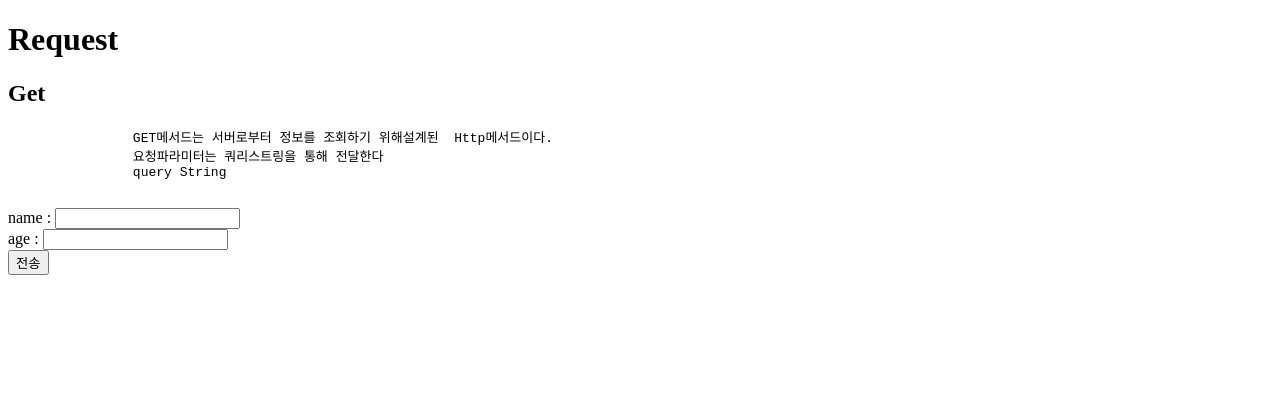
Repository: vaynel/StudyFile
Page: H_spring/spring04_servlet/WebContent/a_request.html
An editor plug-in stored every save of this project. The page is shown before and after the next save, followed by the edit.
The browser window is 1280 px wide. The pictures show the whole page.

Above is the page before, as saved 2023-01-18 01:51:23.

After the next save:
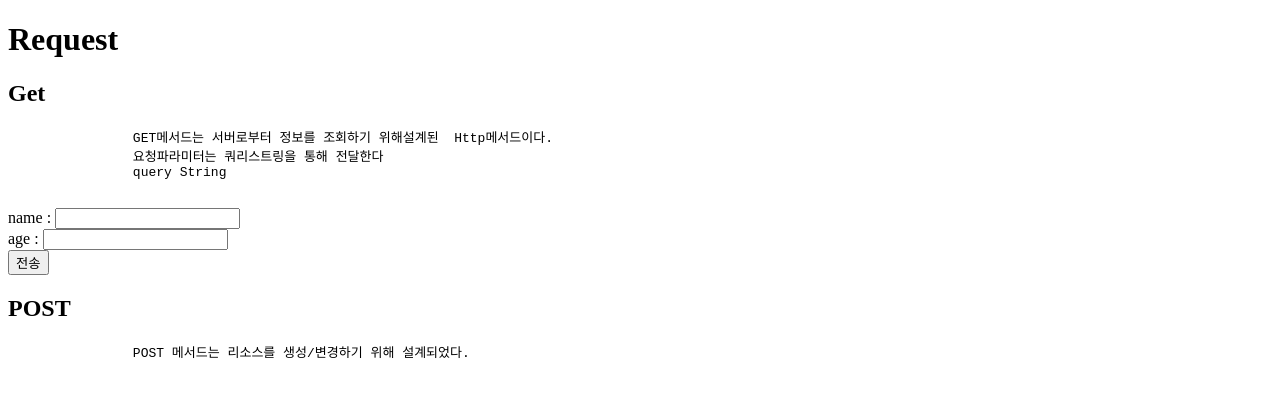
Saved 25 min 52 s later.
--- a/H_spring/spring04_servlet/WebContent/a_request.html
+++ b/H_spring/spring04_servlet/WebContent/a_request.html
@@ -17,9 +17,12 @@
 		<label>name : <input type="text" name="name"></label><br>
 	    <label>age : <input type="number" name="age"></label><br>
 	    <button>전송</button>
+	</form>
 
-
-	</form>
+	<h2>POST</h2>
+	<pre>
+		POST 메서드는 리소스를 생성/변경하기 위해 설계되었다.
+	</pre>
 
 
 
